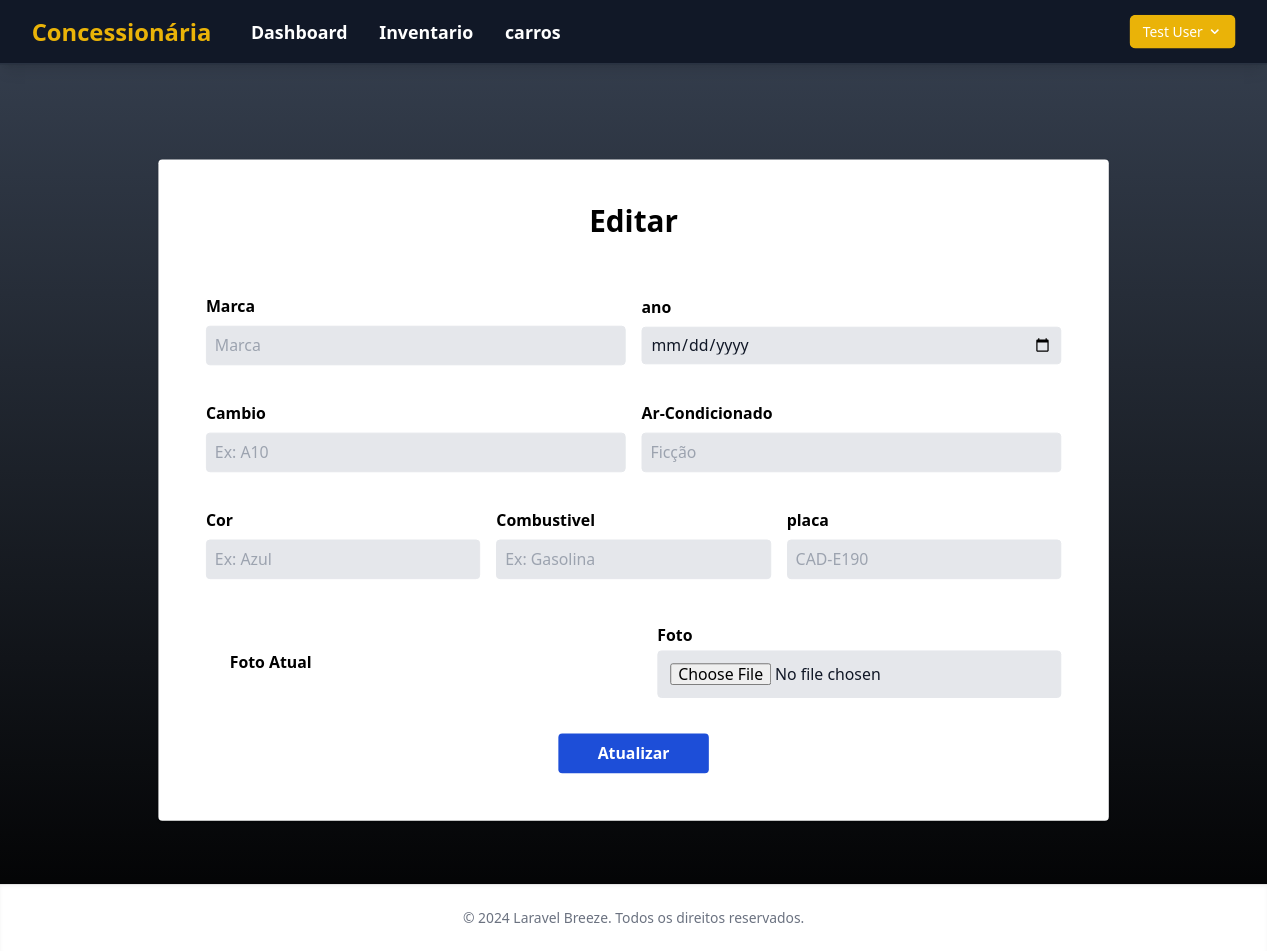
Repository: CarlosEduFF/Projeto-Concession-ria
Page: resources/views/editar.blade.php
These files come from the project's save history. The page is drawn as it stood at one moment and after the next save; the edit follows.
The browser window is 1280 px wide. The pictures show the whole page, at 99% of full size.
Some web libraries are served in a nearby version. The page is served by the project's Laravel application, run on PHP 8.4 with Laravel 9. A made-up administrator, Test User (test@example.com), is signed in. The template is opened directly, without the code that normally fills it, so the values that code supplies are empty.

Above is the page before, as saved 2024-09-10 17:11:46.

After the next save:
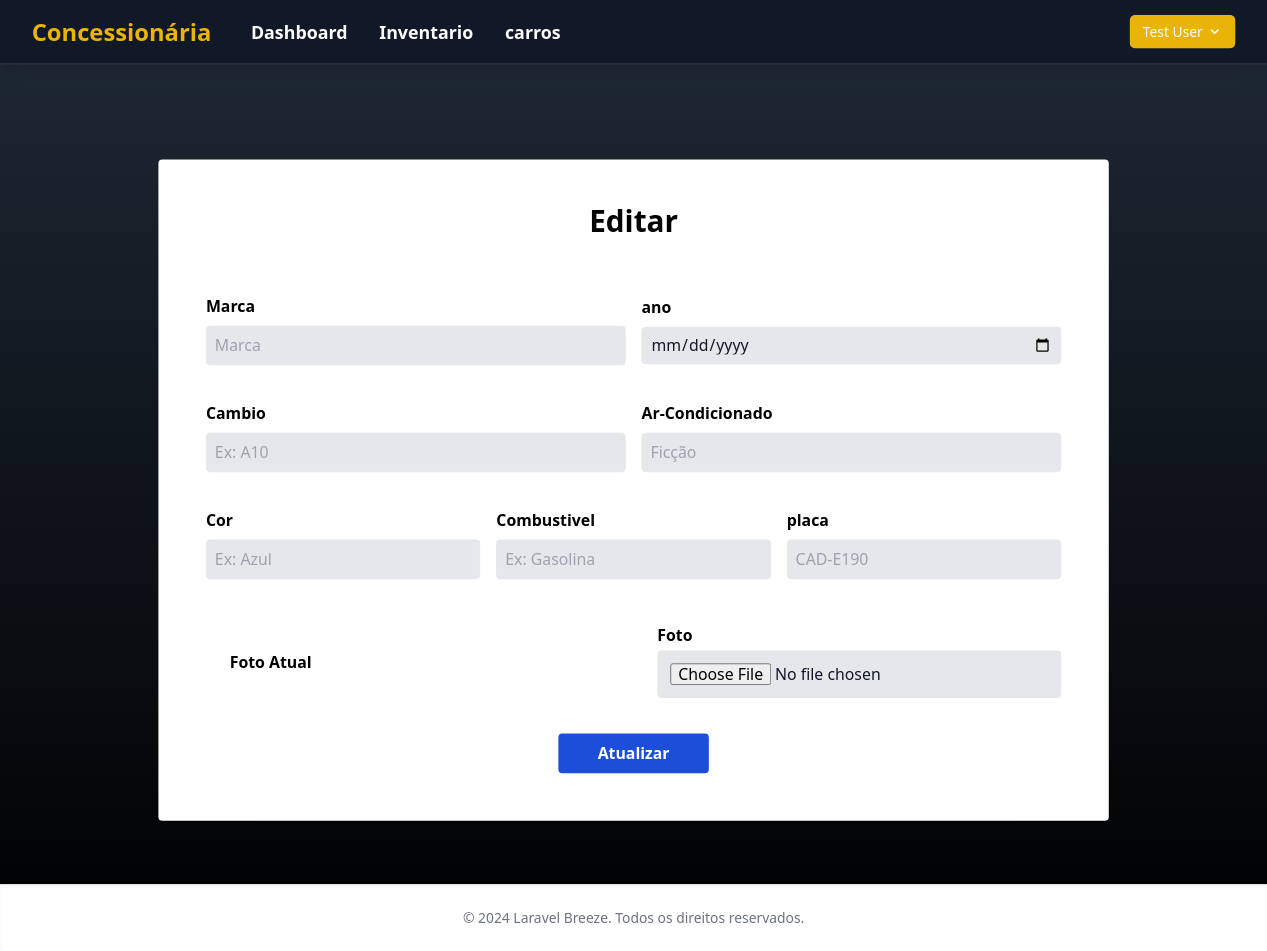
Saved 5 s later.
--- a/resources/views/editar.blade.php
+++ b/resources/views/editar.blade.php
@@ -8,7 +8,7 @@
     <script src="https://cdn.tailwindcss.com"></script>
     <title>Editar Carro</title>
 </head>
-<body  class="bg-gradient-to-b from-gray-700 to-black min-h-screen flex flex-col">
+<body  class="bg-gradient-to-b from-gray-800 to-black min-h-screen flex flex-col">
 
 <nav x-data="{ open: false }" class="bg-gray-900 text-white shadow-lg border-b border-gray-700">
     <!-- Primary Navigation Menu -->
